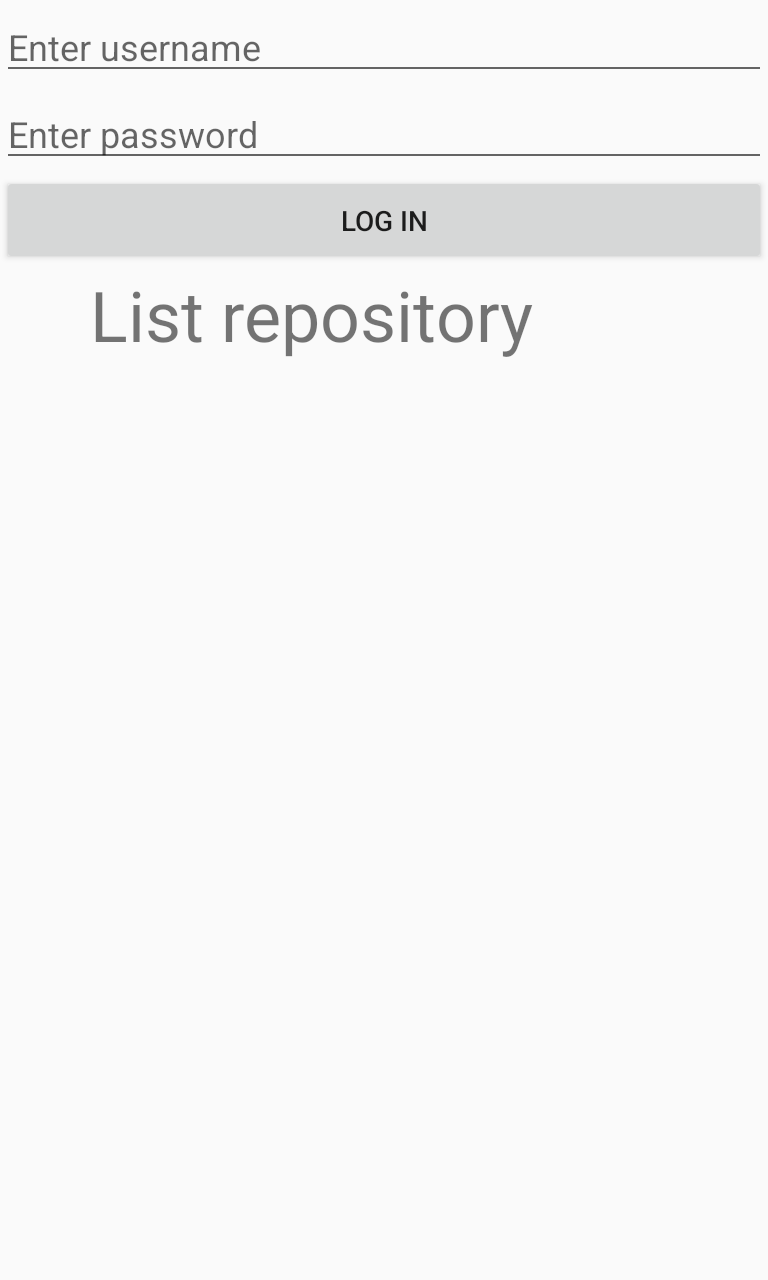
Repository: alexWr/app-rest
Layout: GitHubapp/res/layout/activity_main.xml
The author's editor kept a copy of each file at every save. The layout is drawn from the files as they stood at one save, then again after the next save.
It is drawn on a 768 x 1280 px phone screen (xhdpi) without system bars, with theme AppTheme; the app's code is not run.

Above is the layout before, as saved 2014-10-23 12:00:17.

After the next save:
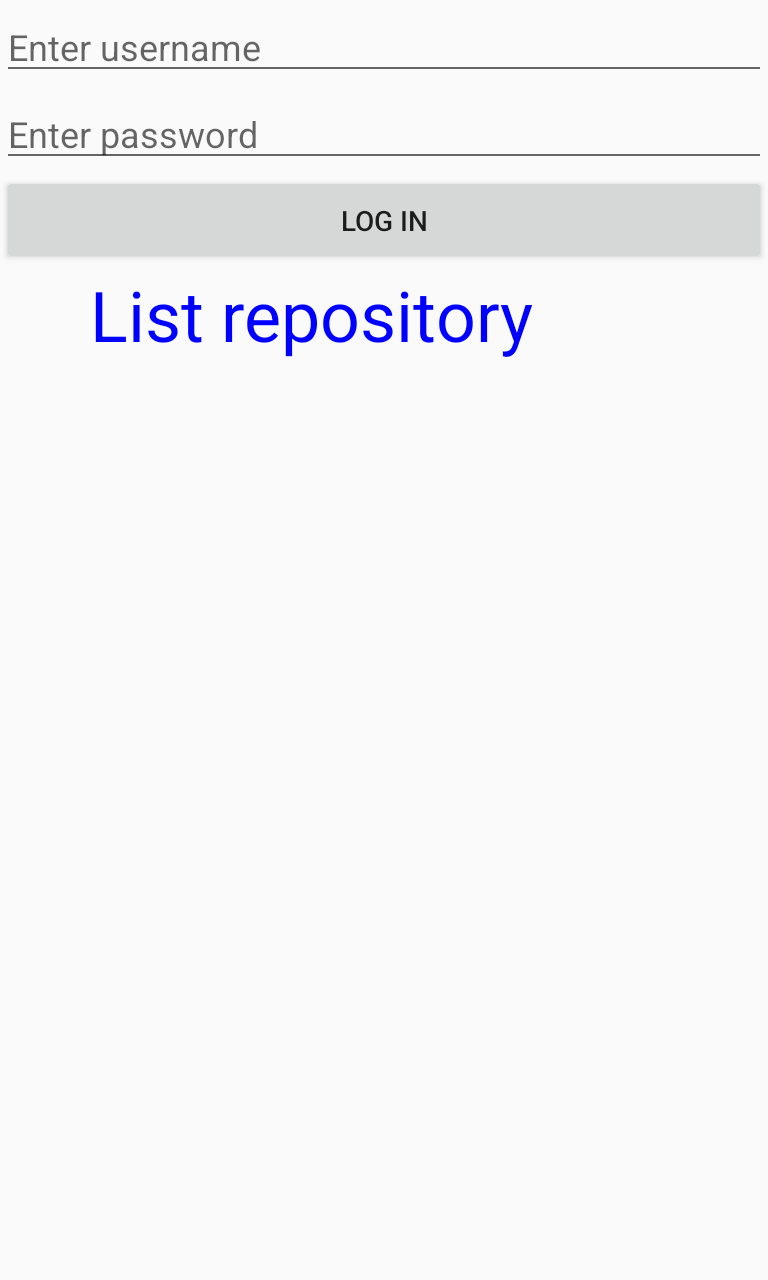
Saved 2 min 3 s later.
--- a/GitHubapp/res/layout/activity_main.xml
+++ b/GitHubapp/res/layout/activity_main.xml
@@ -32,6 +32,7 @@
 	    android:layout_width="match_parent"
 	    android:layout_height="wrap_content"
 	    android:layout_gravity="center"
+	    android:textColor="#0000ff"
 	    android:layout_marginLeft="30dp"
 	    android:textSize="35sp"
 	    android:text="List repository">
